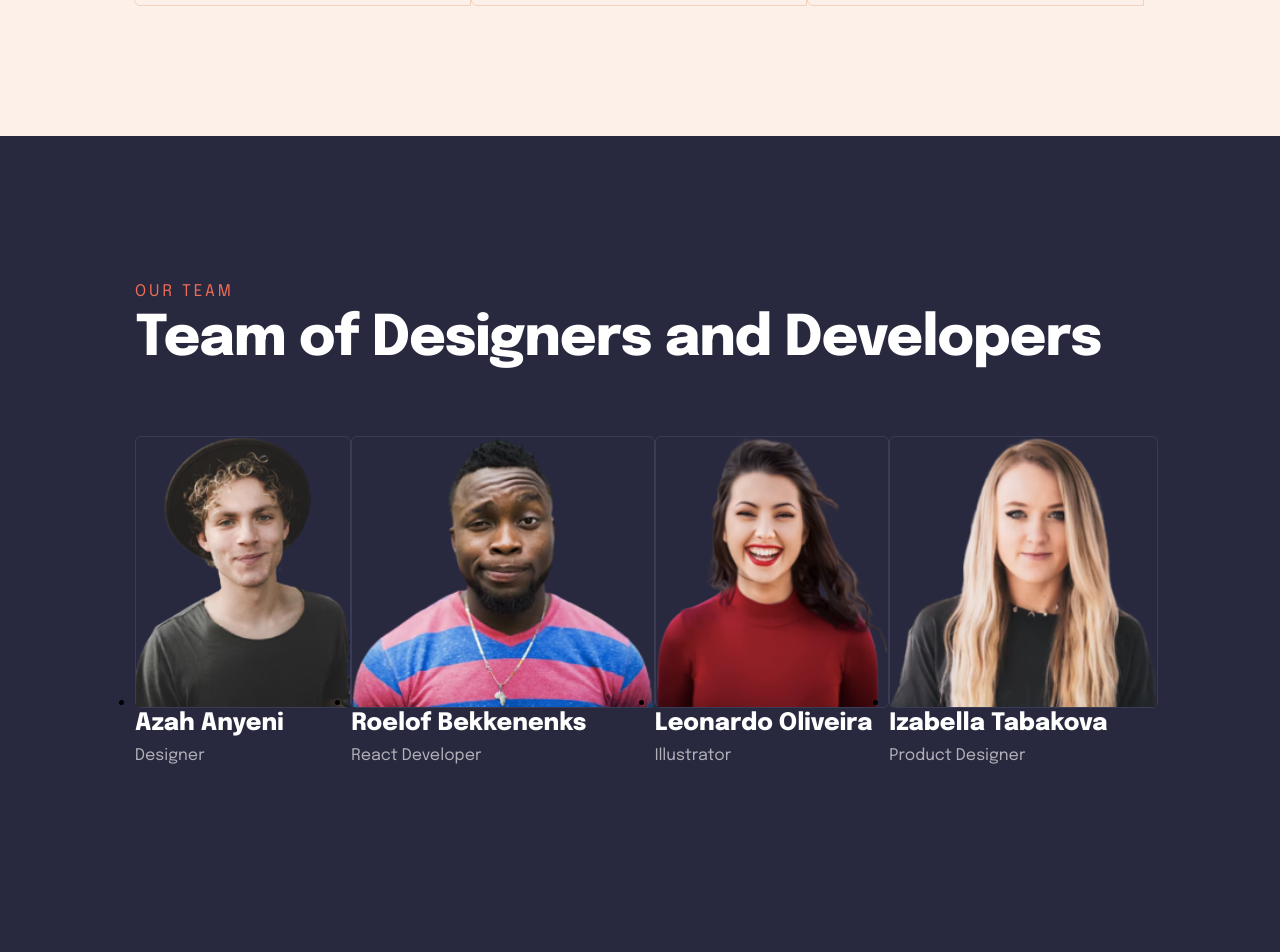
Repository: qafqazly123/websayt-1
Page: aboutPage/index.html
The author's editor kept a copy of each file at every save. The page is drawn from the files as they stood at one save, then again after the next save.
The browser window is 1280 px wide. The pictures show the part of the page from y = 1126 to 2078 px (the page is 2078 px tall).
A picture or video elsewhere on the page could not be fetched, so the positions and the page height are approximate.

Above is the page before, as saved 2023-12-19 15:26:53.

After the next save:
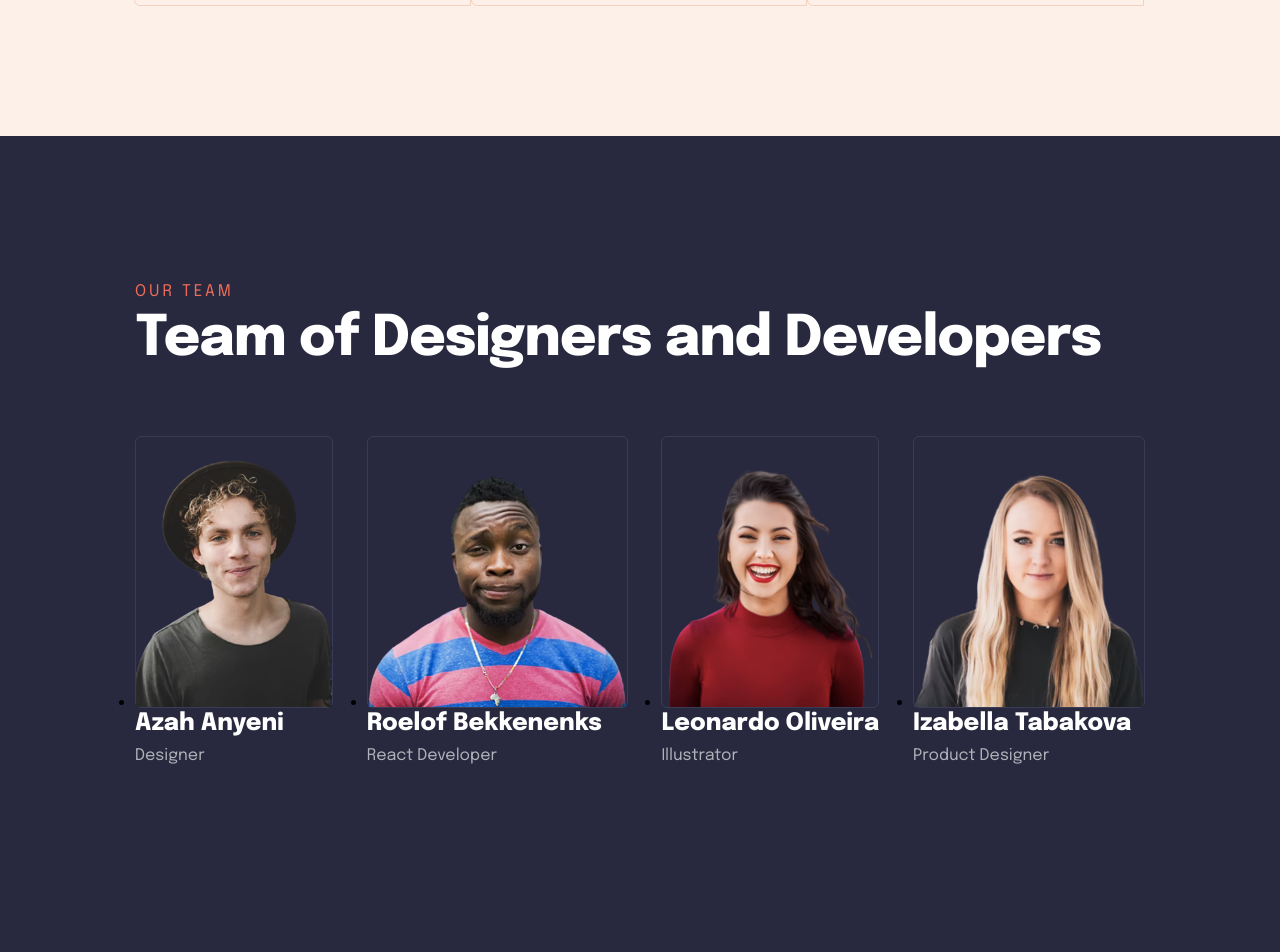
Saved 4 s later.
--- a/aboutPage/index.css
+++ b/aboutPage/index.css
@@ -237,5 +237,6 @@ line-height: 32px; /* 200% */
 border: 1px solid #3A3C56;
 height: 272px;
 display: flex;
-align-items: e;
-}
+align-items: flex-end;
+justify-content: center;
+}
